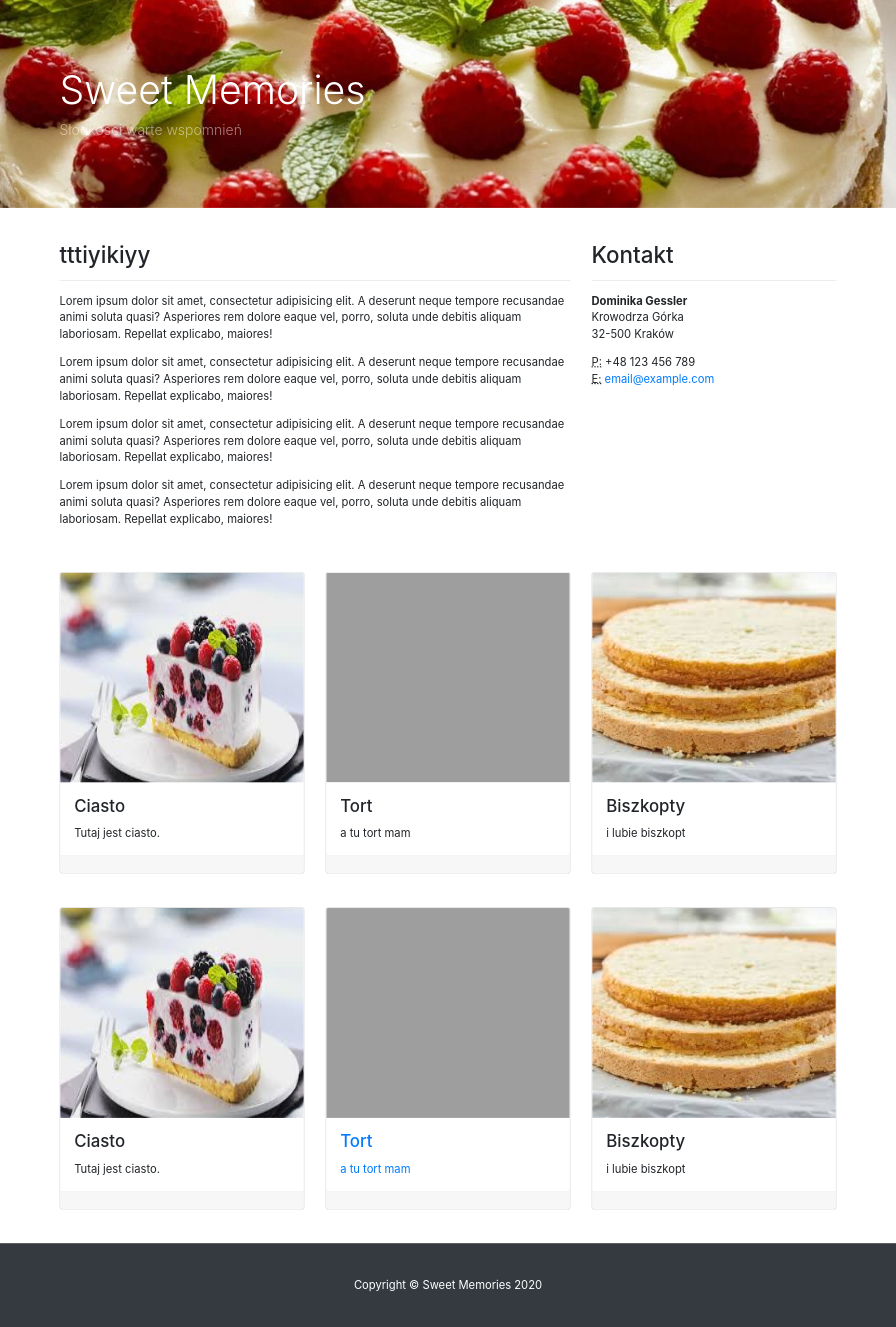
Repository: dominika260c/sweet_memories
Page: index.html
These files come from the project's save history. The page is drawn as it stood at one moment and after the next save; the edit follows.
The browser window is 1280 px wide. The pictures show the whole page, at 70% of full size.
Pictures or frames that could not be fetched are drawn as grey boxes.

Above is the page before, as saved 2020-07-02 16:18:08.

After the next save:
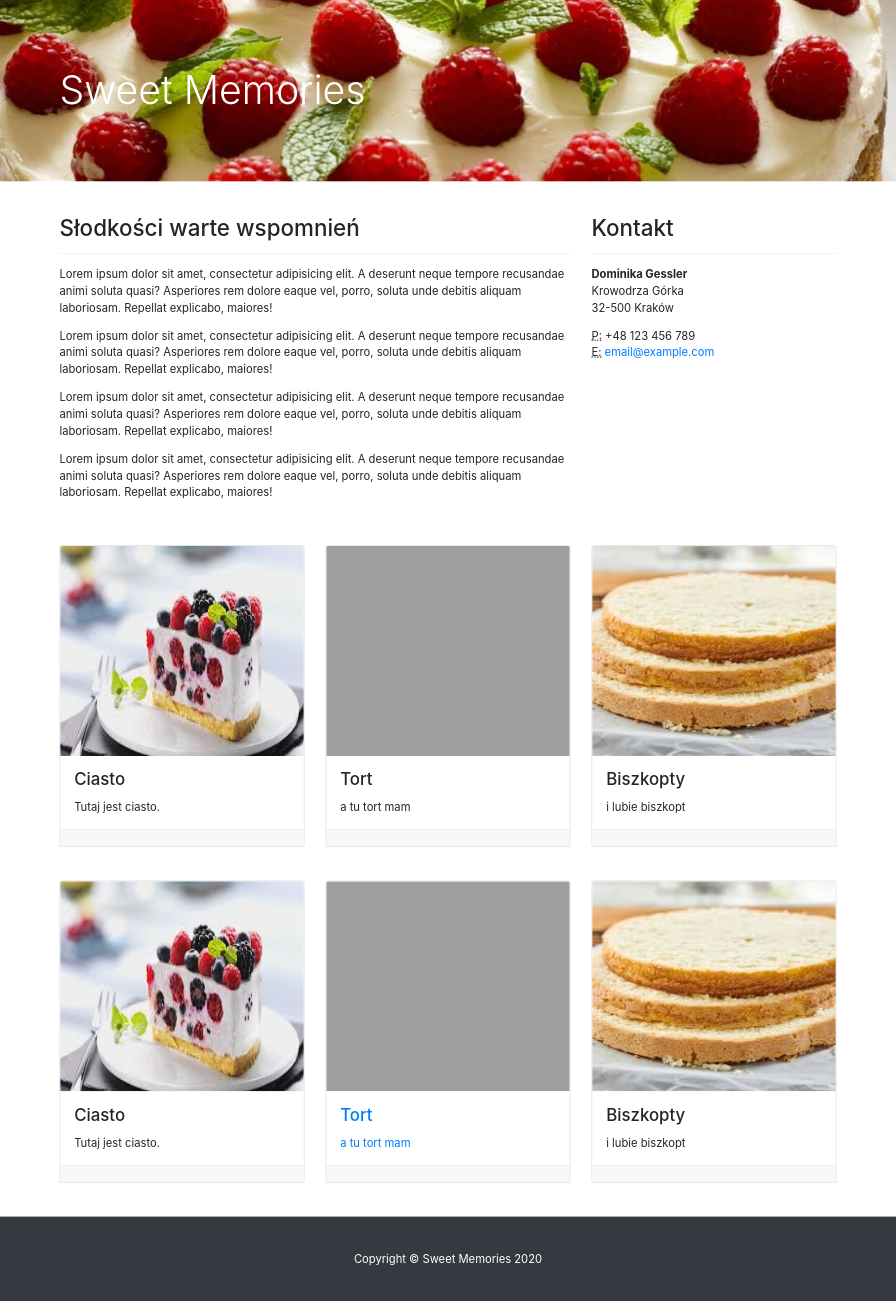
Saved 29 s later.
--- a/index.html
+++ b/index.html
@@ -66,9 +66,7 @@
             <h1 class="display-4 text-white mt-5 mb-2">
               Sweet Memories
             </h1>
-            <p class="lead mb-5 text-white-50">
-              Słodkości warte wspomnień
-            </p>
+            <p class="lead mb-5 text-white-50"></p>
           </div>
         </div>
       </div>
@@ -78,7 +76,7 @@
     <div class="container">
       <div class="row">
         <div class="col-md-8 mb-5">
-          <h2>tttiyikiyy</h2>
+          <h2>Słodkości warte wspomnień</h2>
           <hr />
           <p>
             Lorem ipsum dolor sit amet, consectetur adipisicing elit. A deserunt
